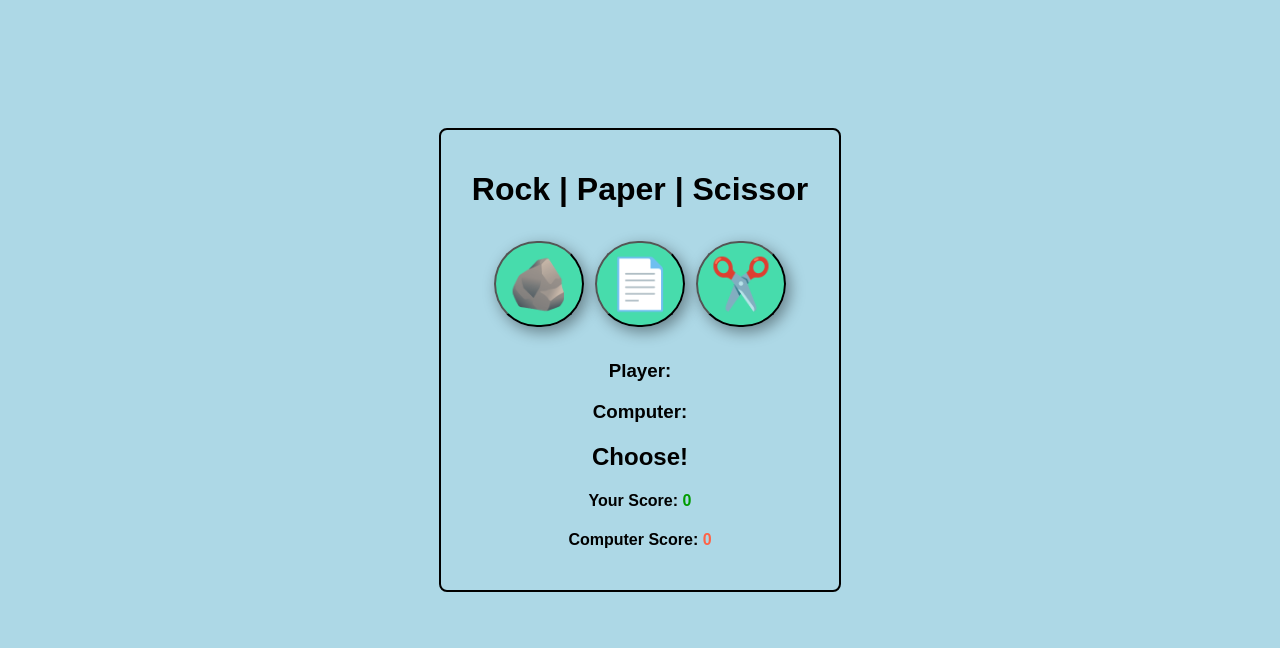
Repository: SakthivelDurai47/Rock-Paper-Sissors
Page: index.html
An editor plug-in stored every save of this project. The page is shown before and after the next save, followed by the edit.
The browser window is 1280 px wide. The pictures show the whole page.

Above is the page before, as saved 2025-04-14 23:20:20.

### index.html
<!DOCTYPE html>
<html lang="en">
  <head>
    <meta charset="UTF-8" />
    <meta name="viewport" content="width=device-width, initial-scale=1.0" />
    <title>Rock, Paper, Scissor</title>
    <meta name="aurthor" content="Sakthivel Durai S" />
    <link rel="stylesheet" href="styles.css" />
  </head>
  <body>
    <main>
      <h1>Rock | Paper | Scissor</h1>
      <div id="choice">
        <button onclick="playGame('Rock')">🪨</button>
        <button onclick="playGame('Paper')">📄</button>
        <button onclick="playGame('Scissor')">✂️</button>
      </div>
      <div id="info">
        <h3 id="playerInfo">Player:</h3>
        <h3 id="computerInfo">Computer:</h3>
      </div>
      <h2 id="result">Choose!</h2>
      <div id="scores">
        <h4>Your Score: <span id="scorePlr">0</span></h4>
        <h4>Computer Score: <span id="scoreCum">0</span></h4>
      </div>
    </main>
    <script src="index.js"></script>
  </body>
</html>

### styles.css
body {
  margin: 0;
  font-family: Arial, sans-serif;
  display: flex;
  flex-direction: column;
  align-items: center;
  text-align: center;
  background-color: lightblue;
  height: 100vh;
}
#choice {
  margin: 30px;
}
button {
  border-radius: 300px;
  font-size: 50px;
  padding: 12px;
  margin: 3px;
  background-color: hsla(160, 70%, 55%, 0.9);
  box-shadow: 4px 5px 15px rgba(0, 3, 3, 0.4);
  transition: background-color 0.5s ease;
  cursor: pointer;
}
button:hover {
  background-color: turquoise;
  scale: 110%;
}

#scorePlr {
  color: rgb(0, 156, 0);
}

#scoreCum {
  color: tomato;
}
.greenText {
  color: rgb(0, 156, 0);
}
.redText {
  color: tomato;
}

main {
  border: 2px solid black;
  margin: auto;
  padding: 20px;
  border-radius: 8px;
}

### index.js
const choices = ["Rock", "Paper", "Scissor"];
const playerInfo = document.getElementById("playerInfo");
const computerInfo = document.getElementById("computerInfo");
const result = document.getElementById("result");
const scoreCom = document.getElementById("scoreCum");
const scorePlr = document.getElementById("scorePlr");
let playerScore = 0;
let computerScore = 0;

function playGame(playerChoice) {
  const computerChoice = choices[Math.floor(Math.random() * 3)];
  let results = "";
  console.log(computerChoice);

  if (playerChoice === computerChoice) {
    results = "It's a Tie";
  } else {
    switch (playerChoice) {
      case "Rock":
        results = computerChoice === "Scissor" ? "You Win!" : "You Lose!";
        break;
      case "Paper":
        results = computerChoice === "Rock" ? "You Win!" : "You Lose!";
        break;
      case "Scissor":
        results = computerChoice === "Paper" ? "You Win!" : "You Lose!";
        break;
    }
  }
  result.classList.remove("greenText", "redText");
  playerInfo.textContent = `Player: ${playerChoice}`;
  computerInfo.textContent = `Computer: ${computerChoice}`;
  result.textContent = results;

  if (results === "You Win!") {
    playerScore++;
    result.classList.add("greenText");
  } else if (results === "You Lose!") {
    computerScore++;
    result.classList.add("redText");
  }
  scoreCom.innerText = computerScore;
  scorePlr.innerText = playerScore;
}

After the next save:
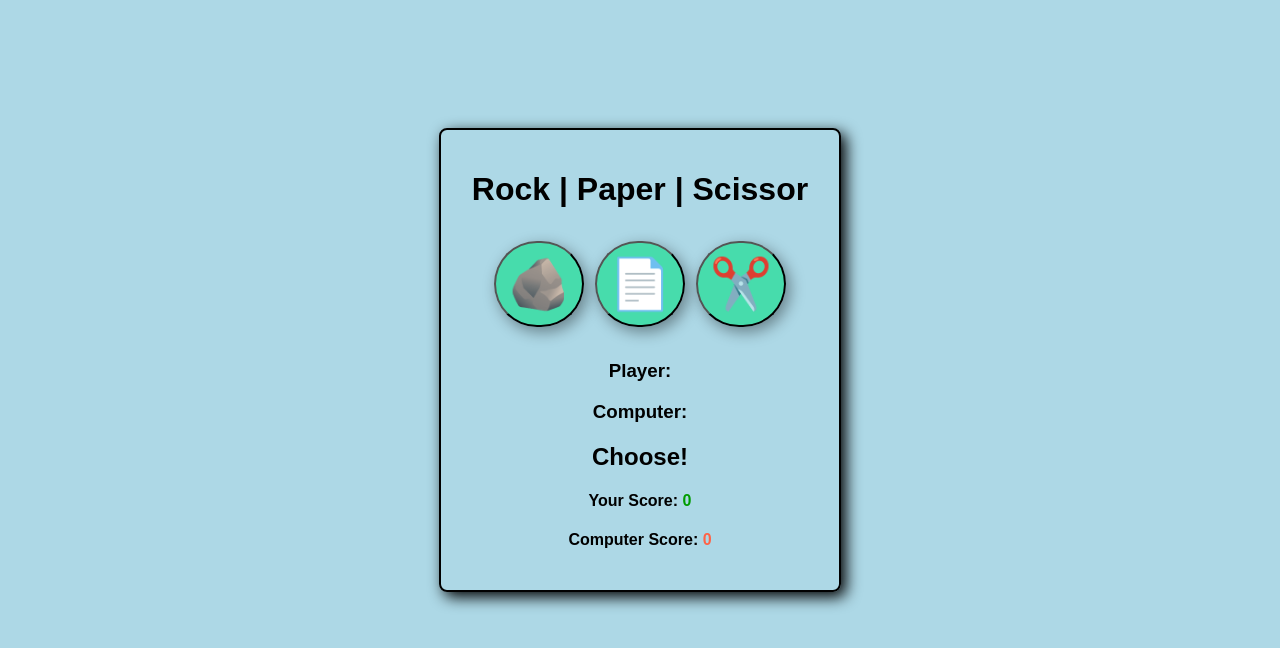
Saved 18 s later.
--- a/styles.css
+++ b/styles.css
@@ -45,4 +45,5 @@ main {
   margin: auto;
   padding: 20px;
   border-radius: 8px;
+  box-shadow: 5px 5px 15px black;
 }
